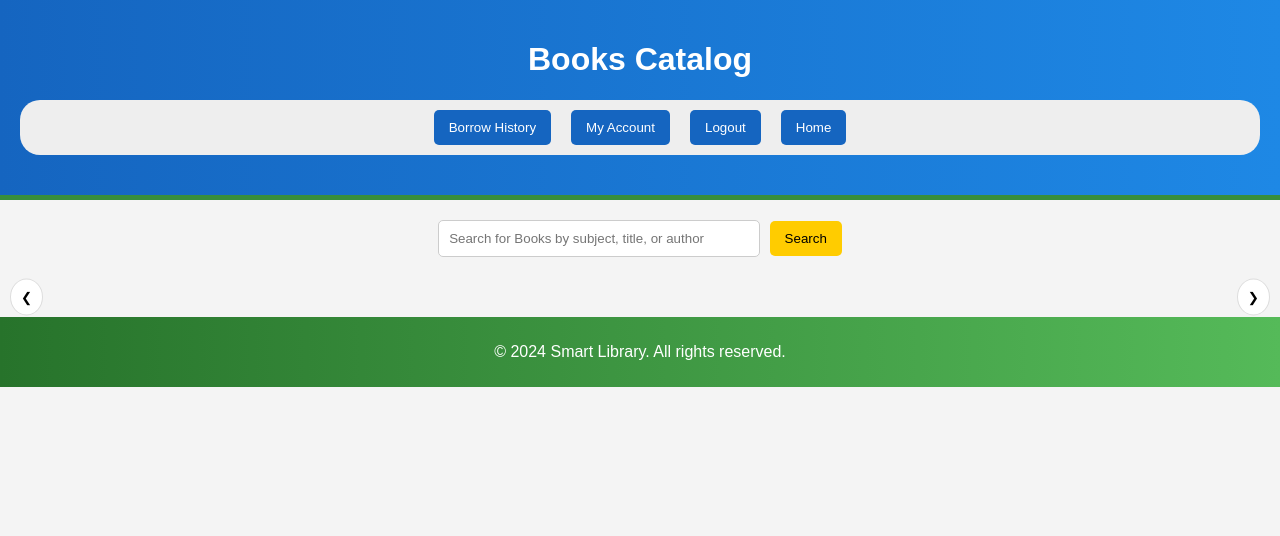
Repository: grebail/Comp-FYP
Page: public/user-books-catalog.html
The author's editor kept a copy of each file at every save. The page is drawn from the files as they stood at one save, then again after a run of saves.
The browser window is 1280 px wide. The pictures show the whole page.

Above is the page before, as saved 2025-02-12 15:45:33.
Console error: TypeError: Cannot read properties of null (reading 'addEventListener')

After the next 2 saves:
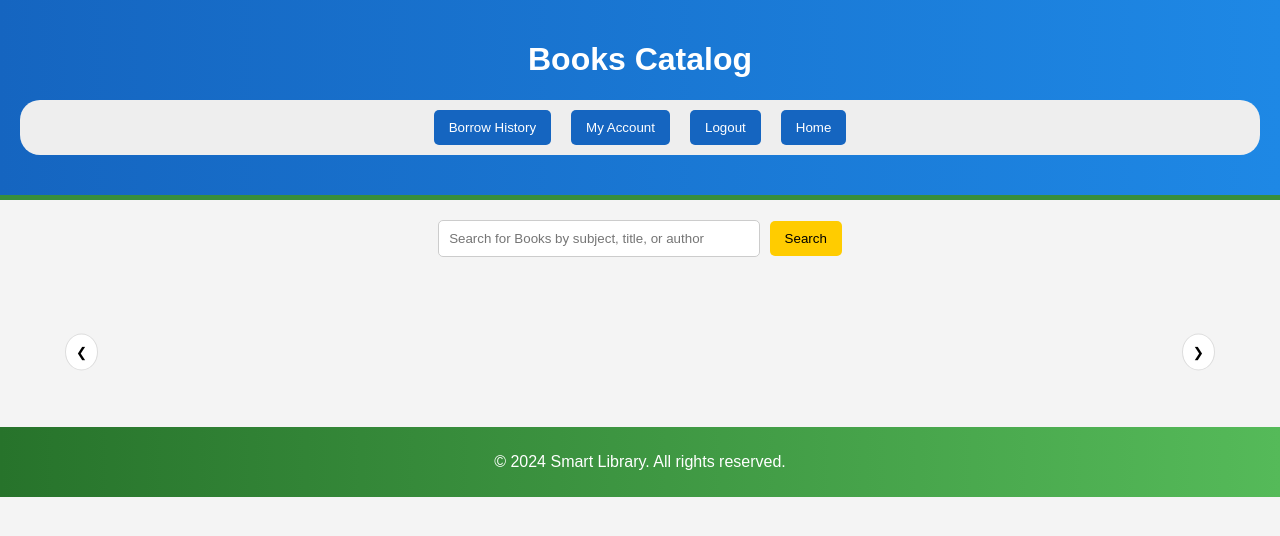
The 2 saves are shown as one change because they came seconds apart.
The last was saved 2 min 26 s later.
--- a/public/user-books-catalog.html
+++ b/public/user-books-catalog.html
@@ -164,6 +164,11 @@
 
         .nav-button:hover {
             background-color: #f0f0f0;
+        }
+
+        main {
+            flex: 1;
+            padding: 55px;
         }
 
         footer {
